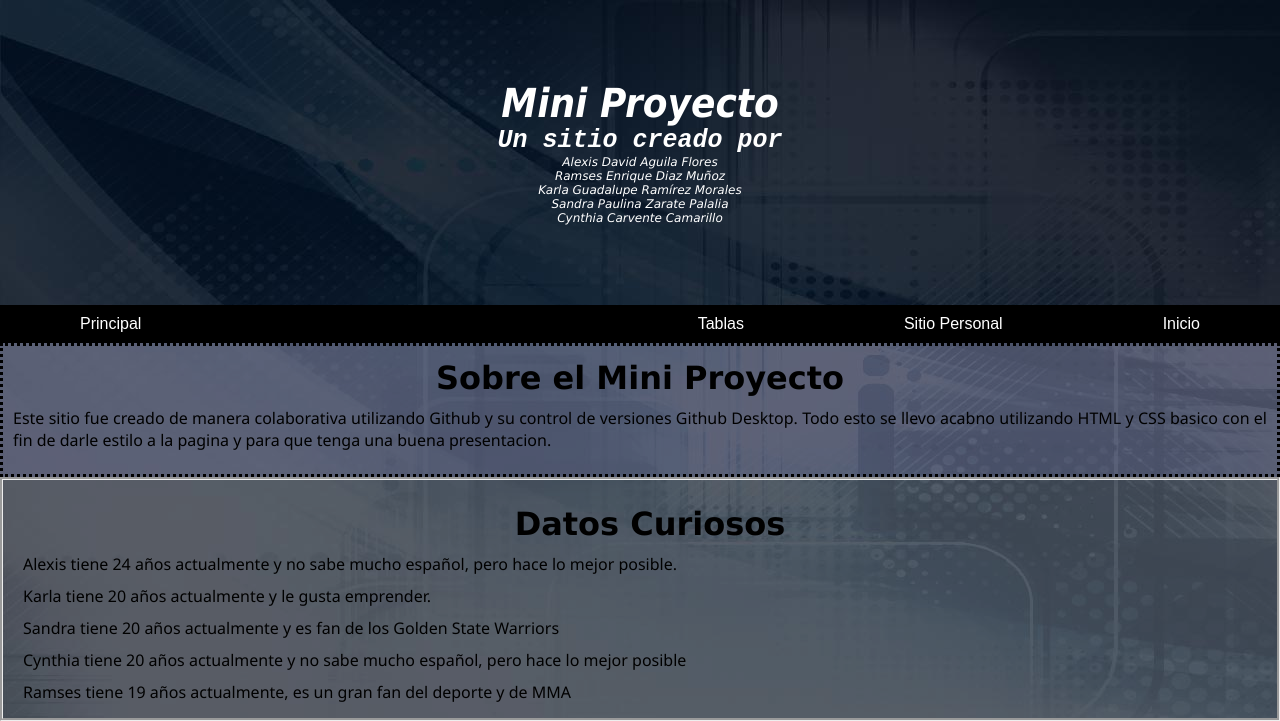
Repository: Dogueen/miniProyectoUniversidad
Page: miniProyecto/principal.html
These files come from the project's save history. The page is drawn as it stood at one moment and after the next save; the edit follows.
The browser window is 1280 px wide. The pictures show the whole page.

Above is the page before, as saved 2023-10-31 19:29:28.

After the next save:
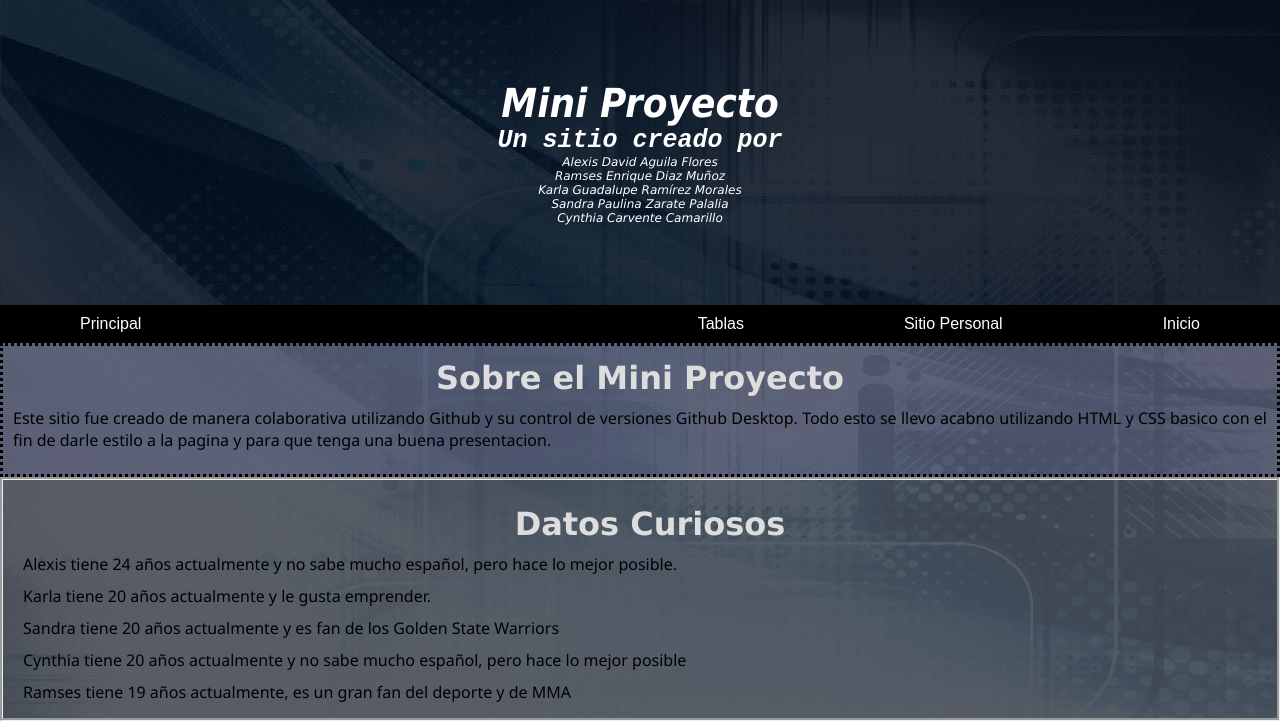
Saved 24 s later.
--- a/miniProyecto/styles/principal.css
+++ b/miniProyecto/styles/principal.css
@@ -72,10 +72,12 @@ body {
 .main h1{
     font-family: 'Lucida Sans', 'Lucida Sans Regular', 'Lucida Grande', 'Lucida Sans Unicode', Geneva, Verdana, sans-serif;
     text-align: center;
+    color:#ddd
 }
 .side h1{
     font-family: 'Lucida Sans', 'Lucida Sans Regular', 'Lucida Grande', 'Lucida Sans Unicode', Geneva, Verdana, sans-serif;
     text-align: center;
+    color:#ddd
 }
 /* Flexbox Layout */
 .row {
